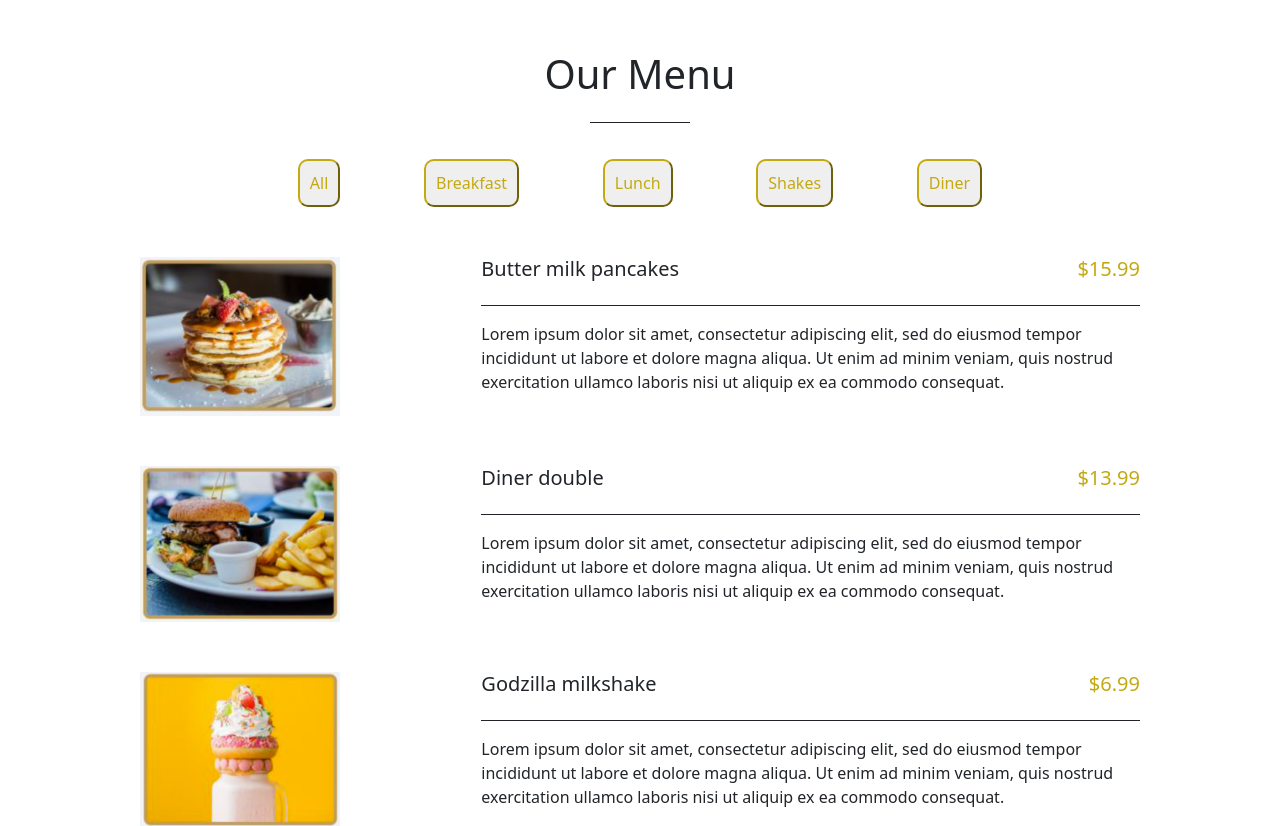
Repository: Sarah7223/internet-programming-tp
Page: TP4/TP04.2.html
The author's editor kept a copy of each file at every save. The page is drawn from the files as they stood at one save, then again after the next save.
The browser window is 1280 px wide. The pictures show the whole page.

Above is the page before, as saved 2023-01-31 23:01:22.

### TP4/TP04.2.html
<!doctype html>
<html lang="en">
  <head>
    <meta charset="utf-8">
    <meta name="viewport" content="width=device-width, initial-scale=1">
    <title>Bootstrap demo</title>
    <link href="https://cdn.jsdelivr.net/npm/bootstrap@5.3.0-alpha1/dist/css/bootstrap.min.css" rel="stylesheet" integrity="sha384-GLhlTQ8iRABdZLl6O3oVMWSktQOp6b7In1Zl3/Jr59b6EGGoI1aFkw7cmDA6j6gD" crossorigin="anonymous">
    <style>
        .background{
            height:100%;
            width:100%;
            display: flex;
            flex-direction: column;
            align-items: center;
        }
        h1{
            margin-top:50px;

        }
        .buttons{
            margin-top:20px;
            display:flex;
            width:60%;
            justify-content: space-around;
        }
        img{
            width: 200px;
        }
        .title-price{
            display: flex;
            justify-content: space-between;
        }
        .row{
            margin-top:50px;
            width:80%;
        }
        h3{
            font-size: 20px;
        }
        button{
            color: rgb(196, 169, 16);
            border-color: rgb(196, 169, 16);
            border-radius: 10px;
            padding:10px;
            cursor: pointer;

        }
        .first-hr{
            opacity:1;
            size:20px;
            background-color: rgb(196, 169, 16);
        }
        hr{
            opacity: 1;
        }
        .price{
            color: rgb(196, 169, 16);
        }


    </style>
    </head>
  <body>
    <div class="background">
        <h1> Our Menu </h1>
        <hr class="firs-hr" align="center" width="100">
        <div class="buttons">
            <button >All</button>
            <button>Breakfast</button>
            <button>Lunch</button>
            <button>Shakes</button>
            <button>Diner</button>
        </div>
        <div class="row">
            <div class="col-sm-4">
                <img src="./pancakes.png">
            </div>
            <div class="col-sm-8">
                <div class="title-price">
                    <h3>Butter milk pancakes</h3>
                    <h3 class="price">$15.99</h3>
                </div>
                <hr align="center" width="100%">
                <p>Lorem ipsum dolor sit amet, consectetur adipiscing elit, sed do eiusmod tempor incididunt ut labore et dolore magna aliqua. Ut enim ad minim veniam, quis nostrud exercitation ullamco laboris nisi ut aliquip ex ea commodo consequat. </p>

            </div>
        </div>
        <div class="row">
            <div class="col-sm-4">
                <img src="./diner.png">
            </div>
            <div class="col-sm-8">
                <div class="title-price">
                    <h3>Diner double</h3>
                    <h3 class="price">$13.99</h3>
                </div>
                <hr align="center" width="100%">
                <p>Lorem ipsum dolor sit amet, consectetur adipiscing elit, sed do eiusmod tempor incididunt ut labore et dolore magna aliqua. Ut enim ad minim veniam, quis nostrud exercitation ullamco laboris nisi ut aliquip ex ea commodo consequat. </p>

            </div>
        </div>
        <div class="row">
            <div class="col-sm-4">
                <img src="./milkshake.png">
            </div>
            <div class="col-sm-8">
                <div class="title-price">
                    <h3>Godzilla milkshake</h3>
                    <h3 class="price">$6.99</h3>
                </div>
                <hr align="center" width="100%">
                <p>Lorem ipsum dolor sit amet, consectetur adipiscing elit, sed do eiusmod tempor incididunt ut labore et dolore magna aliqua. Ut enim ad minim veniam, quis nostrud exercitation ullamco laboris nisi ut aliquip ex ea commodo consequat. </p>

            </div>
        </div>

    </div>
    <script src="https://cdn.jsdelivr.net/npm/bootstrap@5.3.0-alpha1/dist/js/bootstrap.bundle.min.js" integrity="sha384-w76AqPfDkMBDXo30jS1Sgez6pr3x5MlQ1ZAGC+nuZB+EYdgRZgiwxhTBTkF7CXvN" crossorigin="anonymous"></script>
  </body>
</html>

After the next save:
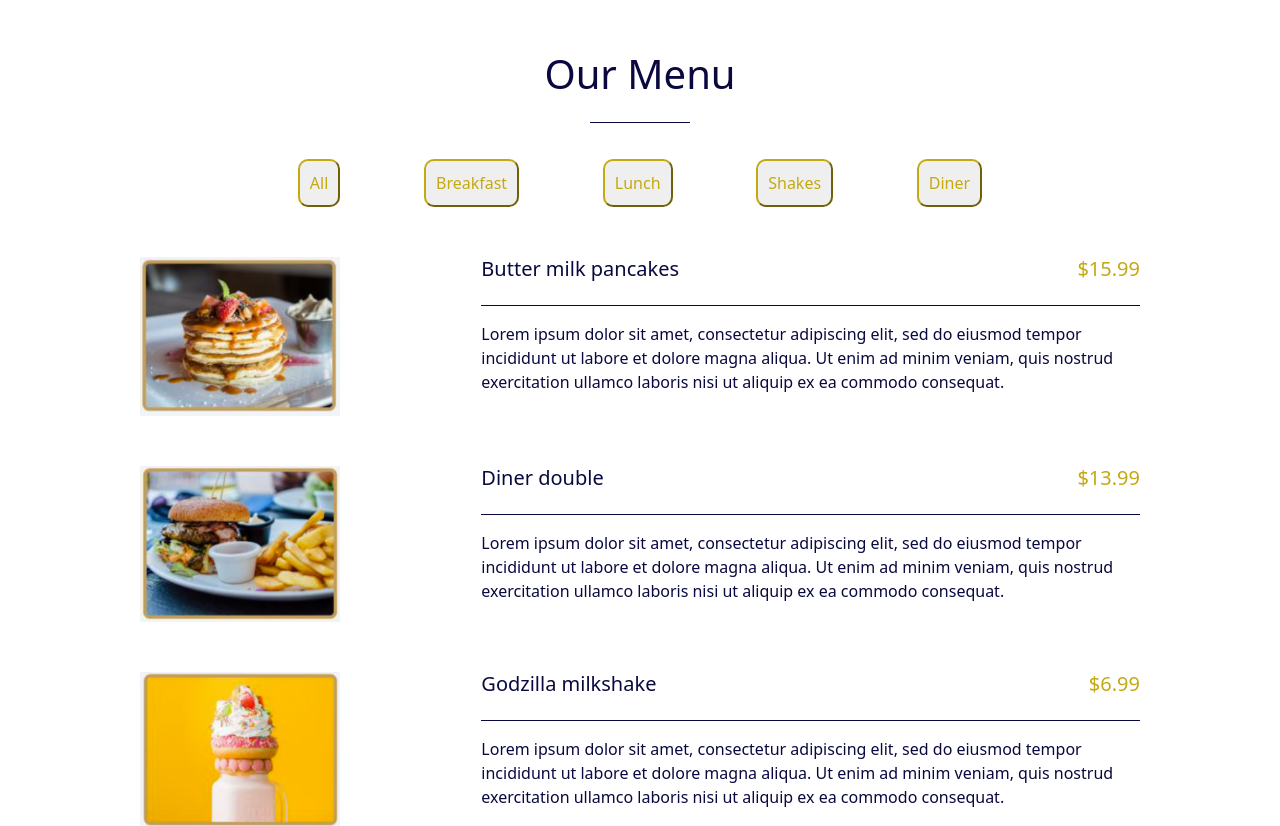
Saved 23 s later.
--- a/TP4/TP04.2.html
+++ b/TP4/TP04.2.html
@@ -55,6 +55,9 @@
         }
         .price{
             color: rgb(196, 169, 16);
+        }
+        *{
+            color: rgb(9, 9, 64);
         }
 
 
